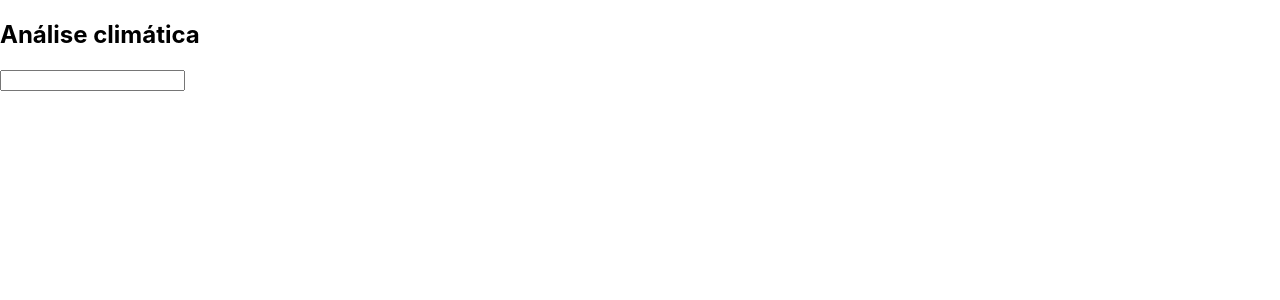
Repository: yurilemos/climate-check
Page: /
These files come from the project's save history. The page is drawn as it stood at one moment and after the next save; the edit follows.
The browser window is 1280 px wide. The pictures show the whole page.
The project was rebuilt for these pictures with package versions that can differ from the ones it lists, and the page was loaded fresh each time. Also part of the build but not shown: src/App.css, src/pages/notFound/index.jsx.

Above is the page before, as saved 2023-05-19 16:24:47.

### src/App.js
import "./App.css";
import { Router } from "./router";

function App() {
  return <Router />;
}

export default App;

### src/router/index.jsx
import React from 'react';
import { BrowserRouter, Routes, Route } from 'react-router-dom';
import { Home } from '../pages/home';
import { NotFound } from '../pages/notFound';


export const Router = () => {
  return (
    <BrowserRouter>
      <Routes>
        <Route path="/" element={<Home />} />
        <Route path="*" element={<NotFound />} />
      </Routes>
    </BrowserRouter>
  );
};

### src/pages/home/index.jsx
import React from "react";


export const Home = () => {

  return (
    <div>
      <h2>Análise climática</h2>
      <input type="text"/>

    </div>
  );
};

### src/components/custumInput/index.jsx
import React from 'react';
import './style.css'

const CustomInput = () => {
  return (
    <div className="custom-input">
      <label htmlFor="custom-input">Nome</label>
      <input id="custom-input" type="text" />
    </div>
  );
};

export default CustomInput;

### src/components/custumInput/style.css
.custom-input {
  display: flex;
  flex-direction: column;
  margin-bottom: 20px;
}

.custom-input label {
  font-size: 14px;
  margin-bottom: 5px;
}

.custom-input input {
  padding: 10px;
  border: 1px solid #ccc;
  border-radius: 4px;
  font-size: 16px;
}

Loaded but not shown: public/index.html (common file); src/index.js (common file); src/index.css (common file); src/reportWebVitals.js (common file)

After the next save:
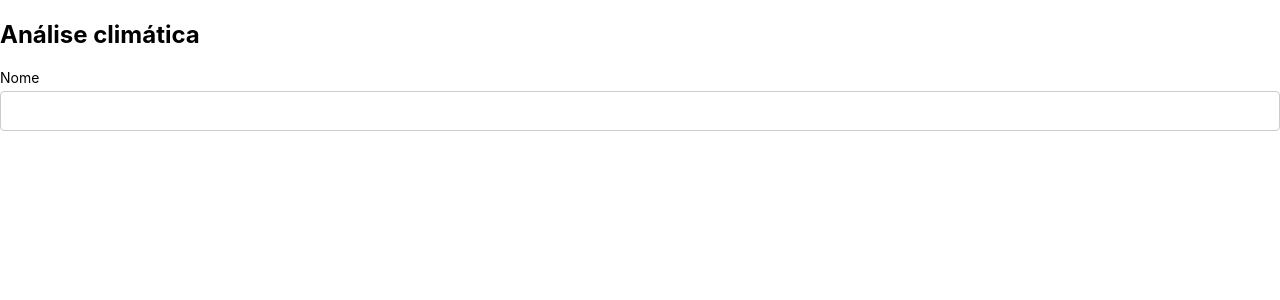
Saved 22 s later.
--- a/src/pages/home/index.jsx
+++ b/src/pages/home/index.jsx
@@ -1,4 +1,5 @@
 import React from "react";
+import CustomInput from "../../components/custumInput";
 
 
 export const Home = () => {
@@ -6,7 +7,7 @@ export const Home = () => {
   return (
     <div>
       <h2>Análise climática</h2>
-      <input type="text"/>
+      <CustomInput/>
 
     </div>
   );
